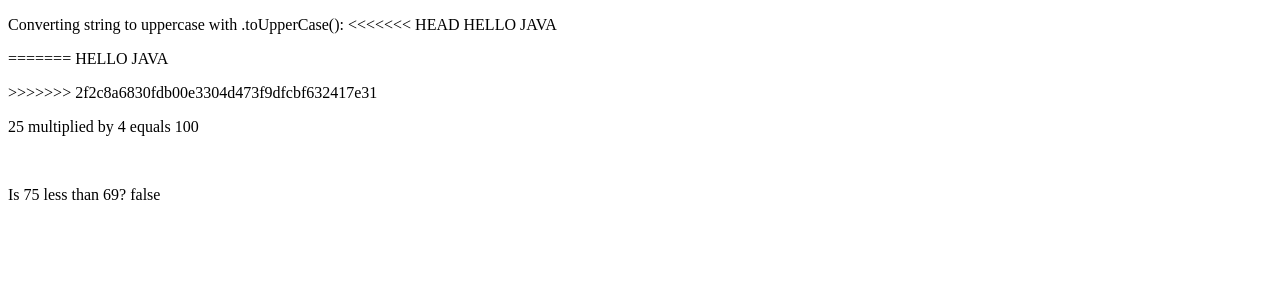
Repository: atonizer/workspace
Page: http://localhost/jspdemo/expression-test.jsp
An editor plug-in stored every save of this project. The page is shown before and after the next save, followed by the edit.
The browser window is 1280 px wide. The pictures show the whole page.
The page is served by Tomcat 9.

Above is the page before, as saved 2016-08-21 13:06:30.

After the next save:
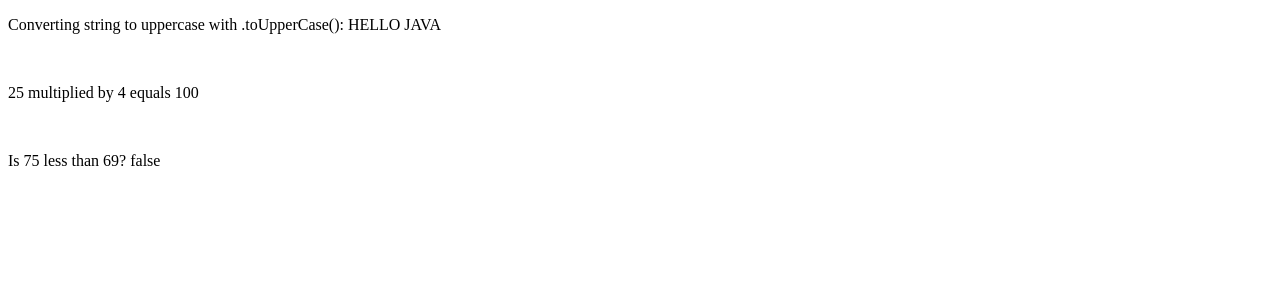
Saved 3 h 0 min later.
--- a/jspdemo/WebContent/expression-test.jsp
+++ b/jspdemo/WebContent/expression-test.jsp
@@ -9,11 +9,8 @@
 <body>
 	<p>
 		Converting string to uppercase with .toUpperCase():
-<<<<<<< HEAD
+
 		<%=new String("Hello Java").toUpperCase()%></p>
-=======
-		<%=new String("Hello Java").toUpperCase()%></p>
->>>>>>> 2f2c8a6830fdb00e3304d473f9dfcbf632417e31
 	<br />
 	<p>
 		25 multiplied by 4 equals
